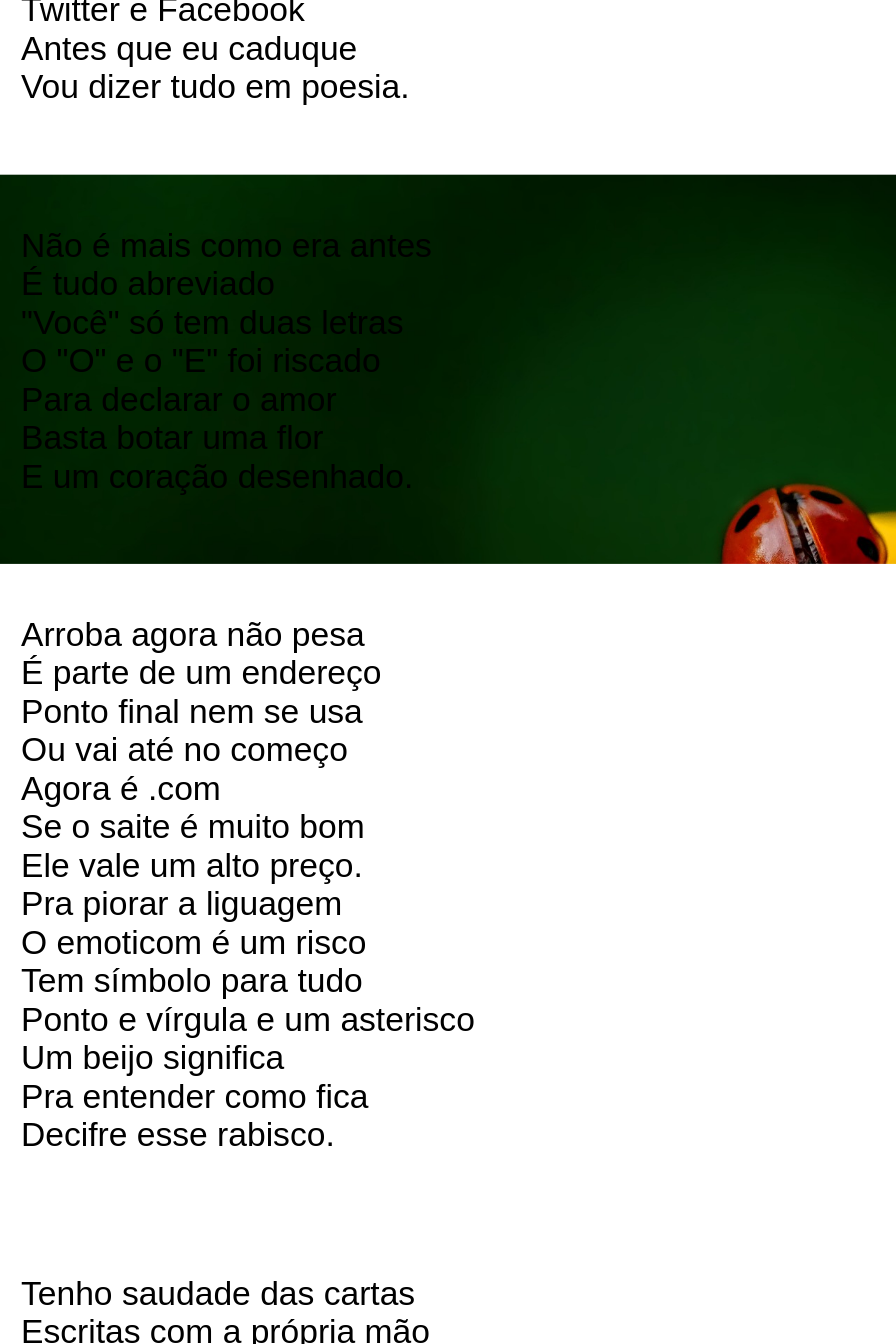
Repository: jorgprado/curso-html-css-Guanabara
Page: exec-pag-cordel/index.html
An editor plug-in stored every save of this project. The page is shown before and after the next save, followed by the edit.
The browser window is 1280 px wide. The pictures show the part of the page from y = 571 to 2491 px (the page is 3870 px tall), at 70% of full size.
Some web fonts or font styles are not loaded; a fallback is used.

Above is the page before, as saved 2023-05-18 15:47:22.

After the next save:
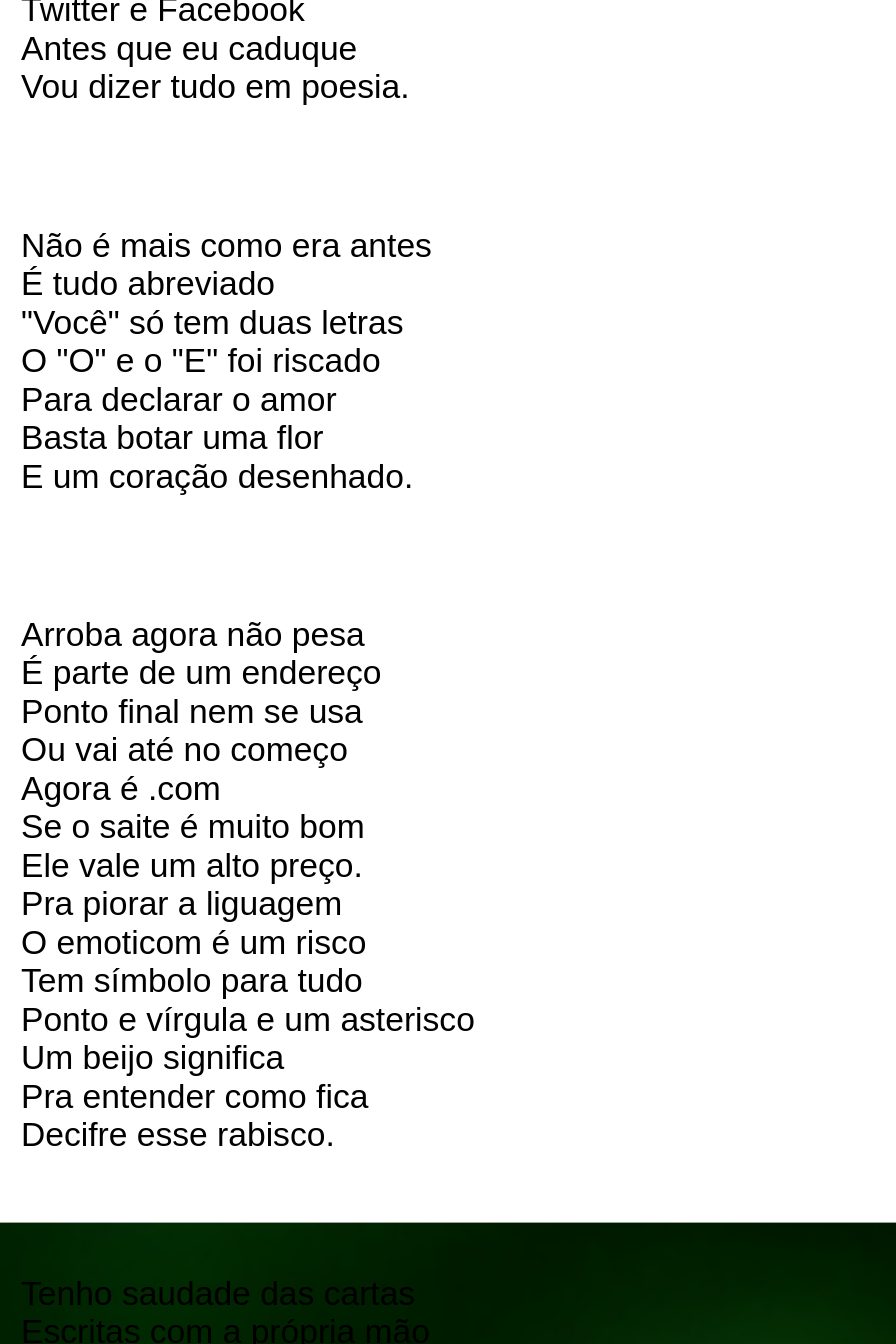
Saved 5 min 7 s later.
--- a/exec-pag-cordel/estilos/style.css
+++ b/exec-pag-cordel/estilos/style.css
@@ -49,7 +49,7 @@
     font-size: 3em;
 }
 
-main article .box-img{
+main article .box-img1{
     background-image: url(../imagens/background001.jpg);
     background-position: fixed;
 }

After the save that followed:
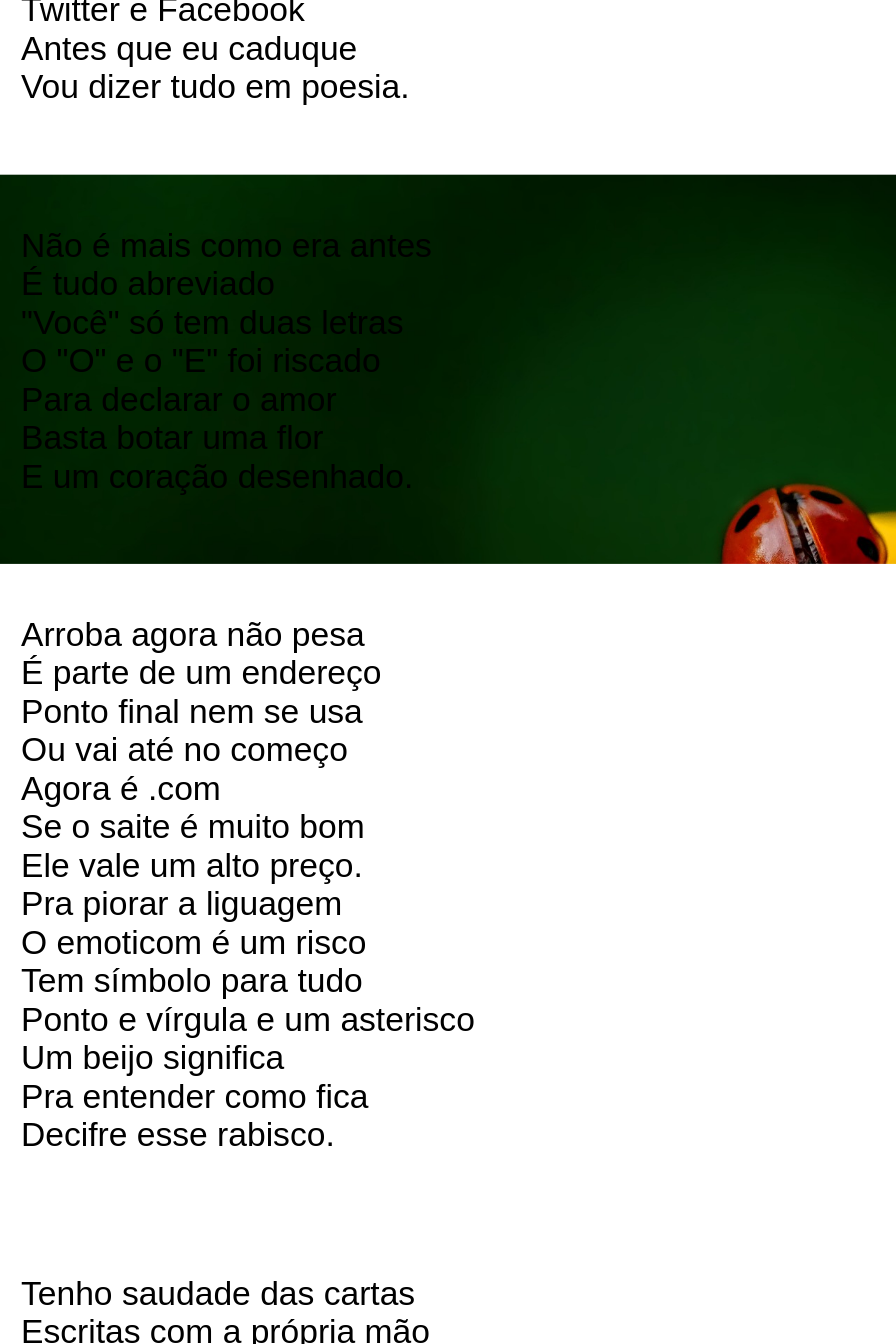
Saved 4 s later.
--- a/exec-pag-cordel/estilos/style.css
+++ b/exec-pag-cordel/estilos/style.css
@@ -49,7 +49,7 @@
     font-size: 3em;
 }
 
-main article .box-img1{
+main article .box-img{
     background-image: url(../imagens/background001.jpg);
     background-position: fixed;
 }
